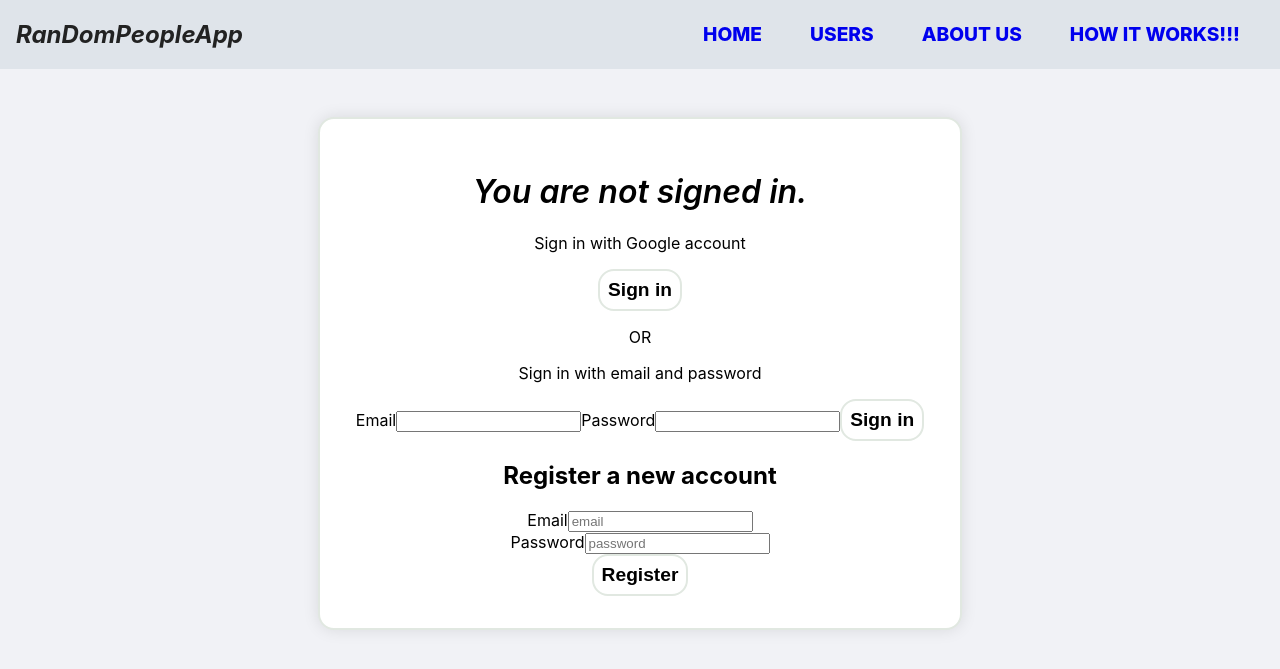
Repository: MikkyPrestige/RandomProfiles
Page: /profile
These files come from the project's save history. The page is drawn as it stood at one moment and after the next save; the edit follows.
The browser window is 1280 px wide. The pictures show the whole page.
The page's requests for data from a server got no answer. The project was rebuilt for these pictures with package versions that can differ from the ones it lists, and the page was loaded fresh each time. Some packages were replaced by stand-ins written for this rebuild. No one was signed in, and anything a server would have sent is missing. Also part of the build but not shown: src/assets/styles/home.css, src/components/avatar.jsx, src/components/home.jsx, src/assets/styles/users.css, src/components/users.jsx, src/assets/styles/search.css, src/components/search.jsx, src/assets/styles/help.css and 6 more.

Above is the page before, as saved 2022-11-30 03:04:19.

### public/index.html
<!DOCTYPE html>
<html lang="en">

<head>
  <meta charset="utf-8" />
  <link rel="icon" href="%PUBLIC_URL%/favicon.ico" />
  <meta name="viewport" content="width=device-width, initial-scale=1" />
  <meta name="theme-color" content="#000000" />
  <meta name="description" content="Web site created using create-react-app" />
  <link rel="apple-touch-icon" href="%PUBLIC_URL%/logo192.png" />
  <!--
      manifest.json provides metadata used when your web app is installed on a
      user's mobile device or desktop. See https://developers.google.com/web/fundamentals/web-app-manifest/
    -->
  <link rel="manifest" href="%PUBLIC_URL%/manifest.json" />
  <!--
      Notice the use of %PUBLIC_URL% in the tags above.
      It will be replaced with the URL of the `public` folder during the build.
      Only files inside the `public` folder can be referenced from the HTML.

      Unlike "/favicon.ico" or "favicon.ico", "%PUBLIC_URL%/favicon.ico" will
      work correctly both with client-side routing and a non-root public URL.
      Learn how to configure a non-root public URL by running `npm run build`.
    -->
  <title>AltSchool Assignment 2</title>
</head>

<body>
  <noscript>You need to enable JavaScript to run this app.</noscript>
  <div id="root"></div>
  <!--
      This HTML file is a template.
      If you open it directly in the browser, you will see an empty page.

      You can add webfonts, meta tags, or analytics to this file.
      The build step will place the bundled scripts into the <body> tag.

      To begin the development, run `npm start` or `yarn start`.
      To create a production bundle, use `npm run build` or `yarn build`.
    -->
</body>

</html>

### src/index.css
body {
  margin: 0;
  font-family: -apple-system, BlinkMacSystemFont, 'Segoe UI', 'Roboto', 'Oxygen',
    'Ubuntu', 'Cantarell', 'Fira Sans', 'Droid Sans', 'Helvetica Neue',
    sans-serif;
  -webkit-font-smoothing: antialiased;
  -moz-osx-font-smoothing: grayscale;
  background-color: #f1f2f6;
}

code {
  font-family: source-code-pro, Menlo, Monaco, Consolas, 'Courier New',
    monospace;
}

### src/App.jsx
import * as React from "react";
import { ErrorBoundary } from "react-error-boundary";
import { Route, Routes } from "react-router-dom";
import {
  Layout,
  Home,
  Users,
  Search,
  Help,
  About,
  Error,
  ErrorFallBack,
  Profile,
  // Footer,
} from "./components";

const App = () => {
  return (
    <div className="App">
      <main>
        <ErrorBoundary FallbackComponent={ErrorFallBack}>
          <Layout />
          <Routes>
            <Route path="/" element={<Home />} />
            <Route path="users">
              <Route index element={<Users />} />
              <Route path=":id" element={<Search />} />
            </Route>
            <Route path="profile" element={<Profile />} />
            <Route path="help" element={<Help />} />
            <Route path="about" element={<About />} />
            <Route path="*" element={<Error />} />
          </Routes>
        </ErrorBoundary>
        {/* <Footer /> */}
      </main>
    </div>
  );
};

export default App;

### src/components/index.js
export { default as Layout } from "./layout";
export { default as Home } from "./home";
export { default as Users } from "./users";
export { default as Search } from "./search";
export { default as Help } from "./help";
export { default as About } from "./about";
export { default as Error } from "./error";
export { default as ErrorFallBack } from "./errorFallback";
export { default as Profile } from "./profile";
export { Footer } from "./avatar";

### src/components/layout.jsx
// LAYOUT COMPONENT - This component is for the App Layout that displays the Navigation bar in the app UI to the user when app is open

import { NavLink } from "react-router-dom";
import "../assets/styles/layout.css";

const CustomNavLink = ({ to, ...props }) => {
  let activeStyle = {
    textDecoration: 'underline',
    color: 'red',
  };

  return (
    <NavLink
      style={({ isActive }) =>
        isActive ? activeStyle : { textDecoration: 'none' }
      }
      to={to}
      end
      {...props}
    />
  );
};


const Layout = () => {

  return (
    <nav className="layout">
      <div className="app-header">
        <h1>RanDomPeopleApp</h1>
      </div>
      <div className="nav__items">
        <CustomNavLink to="/" className="nav__item">Home</CustomNavLink>
        <CustomNavLink to="users" className="nav__item">Users</CustomNavLink>
        <CustomNavLink to="about" className="nav__item">About us</CustomNavLink>
        <CustomNavLink to="help" className="nav__item">How it works!!!</CustomNavLink>
      </div>
    </nav>
  );
}

export default Layout;

### src/components/profile.jsx
import {
  signInWithRedirect,
  auth,
  provider,
  getRedirectResult,
  onAuthStateChanged,
  createUserWithEmailAndPassword,
  signInWithEmailAndPassword,
  signOut,
  deleteUser,
} from "../config";
import { useEffect, useState } from "react";
import { Avatar } from "./avatar";
import "../assets/styles/profile.css";

const Profile = () => {
  const [user, setUser] = useState(null);
  const [signedIn, setSignedIn] = useState(false);
  const [email, setEmail] = useState("");
  const [password, setPassword] = useState("");
  const [error, setError] = useState(null);

  // handle register form
  const handleRegister = (e) => {
    e.preventDefault();
    createUserWithEmailAndPassword(auth, email, password)
      .then(() => {
        // Signed in
        console.log("User account created & signed in!");
      })
      .catch((error) => {
        if (error.code === "auth/email-already-in-use") {
          setError("This email address is already in use!");
        }
        if (error.code === "auth/invalid-email") {
          setError("This email address is invalid!");
        }
        console.error(error);
      });
  };

  // sign in with email and password
  const handleSignIn = (e) => {
    e.preventDefault();
    signInWithEmailAndPassword(auth, email, password)
      .then(() => {
        console.log("User signed in!");
      })
      .catch((error) => {
        if (error.code === "auth/wrong-password") {
          setError("Wrong password!");
        }
        if (error.code === "auth/user-not-found") {
          setError("User not found!");
        }
        console.error(error);
      });
  };

  // handle onchange
  const handleChange = (e) => {
    const { name, value } = e.target;
    if (name === "email") {
      setEmail(value);
    }
    if (name === "password") {
      setPassword(value);
    }
  };

  // handle sign In
  const signIn = (e) => {
    e.preventDefault();
    signInWithRedirect(auth, provider);
  };

  // handle sign out
  const handleSignOut = (e) => {
    e.preventDefault();
    signOut(auth)
      .then(() => {
        console.log("User signed out!");
      })
      .catch((error) => {
        console.error(error);
      });
  };

  // handle delete user
  const handleDelete = (e) => {
    e.preventDefault();
    deleteUser(auth.currentUser)
      .then(() => {
        console.log("User deleted!");
      })
      .catch((error) => {
        console.error(error);
      });
  };

  // Get redirect result
  useEffect(() => {
    getRedirectResult(auth)
      .then((result) => {
        if (result) {
          setSignedIn(true);
          // navigate("/users");
        } else {
          // console.log("No user");
        }
      })
      .catch((error) => {
        console.log(error);
      });
  }, []);

  // Check auth state
  useEffect(() => {
    onAuthStateChanged(auth, (user) => {
      if (user) {
        // destructure user
        const { displayName, photoURL, email, phoneNumber } = user;
        // set user state
        setUser({ displayName, photoURL, email, phoneNumber });
        // navigate("/users");
      } else {
        setUser(null);
      }
    });
  }, []);

  return (
    <div className="profile">
      <div className="profile__container">
        <div className="profile__desc">
          {user ? (
            <div className="profile__user">
              <h1 className="profile__title">Welcome, you are signed in.</h1>
              <Avatar image={user.photoURL} alt="user" style={{ width: '10rem', height: '10rem', borderRadius: '50%' }} />
              <p className="profile__detail"><strong>Signed in account name: </strong>{user.displayName}</p>
              <p className="profile__detail"><strong>Signed in email: </strong>{user.email}</p>
              <p className="profile__detail">{user.phoneNumber}</p>
              <div className="btn__wrapper">
                <button onClick={handleSignOut} className="sign__btn">
                  Sign Out
                </button>
                <button onClick={handleDelete} className="sign__btn">
                  Delete Account
                </button>
              </div>
            </div>
          ) : (
            <div className="profile__user">
              <div className="profile__form">
                <h1 className="profile__title">You are not signed in.</h1>
                <p className="profile__head">Sign in with Google account</p>
                <button onClick={signIn} className="sign__btn">
                  Sign in
                </button>
                <p className="or">OR</p>
                <p className="profile__head">Sign in with email and password</p>
                <form onSubmit={handleSignIn} className="profile__form">
                  <label htmlFor="email">Email</label>
                  <input
                    type="email"
                    name="email"
                    id="email"
                    value={email}
                    onChange={handleChange}
                  />
                  <label htmlFor="password">Password</label>
                  <input
                    type="password"
                    name="password"
                    id="password"
                    value={password}
                    onChange={handleChange}
                  />
                  {error && <p className="error">{error}</p>}
                  <button type="submit" className="sign__btn">
                    Sign in
                  </button>
                </form>
              </div>
              <h2 className="register">Register a new account </h2>
              <form onSubmit={handleRegister} className="register__form">
                <div className="register__group">
                  <label htmlFor="email" className="register__label">
                    Email
                  </label>
                  <input
                    type="email"
                    name="email"
                    placeholder="email"
                    value={email}
                    onChange={handleChange}
                    className="register__input"
                  />
                  {error && <p className="error">{error}</p>}
                </div>
                <div className="profile__group">
                  <label htmlFor="password" className="register__label">
                    Password
                  </label>
                  <input
                    type="password"
                    name="password"
                    placeholder="password"
                    value={password}
                    onChange={handleChange}
                    className="register__input"
                  />
                </div>
                <button type="submit" className="sign__btn">
                  Register
                </button>
              </form>
            </div>
          )}
        </div>
      </div>
    </div>
  );
};

export default Profile;

### src/assets/styles/layout.css
.layout {
  background-color: #dfe4ea;
  padding: 0rem 1rem;
  color: #222;
  display: flex;
  align-items: center;
  justify-content: space-between;
}

.app-header {
  font-style: italic;
}

.nav__items {
  display: flex;
  align-items: center;
  list-style: none;
  flex-wrap: wrap;
}

.nav__item {
  font-size: 1.2rem;
  font-weight: 800;
  padding: 1rem 1.5rem;
  text-transform: uppercase;
}

.attribution {
  text-align: center;
}

.footer {
  color: #222;
  text-decoration: none;
  cursor: pointer;
  font-style: italic;
  font-weight: 600;
}

### src/config/index.js
// Import the functions you need from the SDKs you need
import { initializeApp } from "firebase/app";
import {
  getAuth,
  signInWithRedirect,
  GoogleAuthProvider,
  getRedirectResult,
  onAuthStateChanged,
  createUserWithEmailAndPassword,
  signInWithEmailAndPassword,
  signOut,
  deleteUser
} from "firebase/auth";

// web app's Firebase configuration
const firebaseConfig = {
  apiKey: "AIzaSyCfrfw6chi091bWLqJvanxAUTxgJ5XqEu0",
  authDomain: "random-people-app.firebaseapp.com",
  projectId: "random-people-app",
  storageBucket: "random-people-app.appspot.com",
  messagingSenderId: "1097586453252",
  appId: "1:1097586453252:web:4575afe7663a752ae77e51",
};

// Initialize Firebase
const app = initializeApp(firebaseConfig);
// Setup Google auth provider
const provider = new GoogleAuthProvider();

const auth = getAuth();

export {
  app,
  provider,
  auth,
  signInWithRedirect,
  getRedirectResult,
  onAuthStateChanged,
  createUserWithEmailAndPassword,
  signInWithEmailAndPassword,
  signOut,
  deleteUser
};

### src/assets/styles/profile.css
.profile {

  padding: 2rem;
  height: 100%;
}

.profile__container {
  display: flex;
  flex-direction: column;
  align-items: center;
  justify-content: center;
  height: 100%;
}

.profile__desc {
  margin-top: 1rem;
  text-align: center;
}

.profile__user {
  background-color: #fff;
  border: 2px solid #e1e8e1;
  border-radius: 1rem;
  box-shadow: 0 0 1rem rgba(0, 0, 0, 0.1);
  padding: 2rem 0;
  height: 100%;
  width: 40rem;
}

.profile__title {
  font-size: 2rem;
  font-weight: 600;
  font-style: oblique;
}

.profile__detail {
  margin-top: 1rem;
  font-size: 1.2rem;
  font-weight: 400;
}

.btn__wrapper {
  margin-top: 2rem;
}

.sign__btn {
  background-color: #fff;
  border: 2px solid #e1e8e1;
  border-radius: 1rem;
  padding: .5rem;
  font-size: 1.2rem;
  font-weight: 600;
  cursor: pointer;
}

Loaded but not shown: src/index.js (common file)

After the next save:
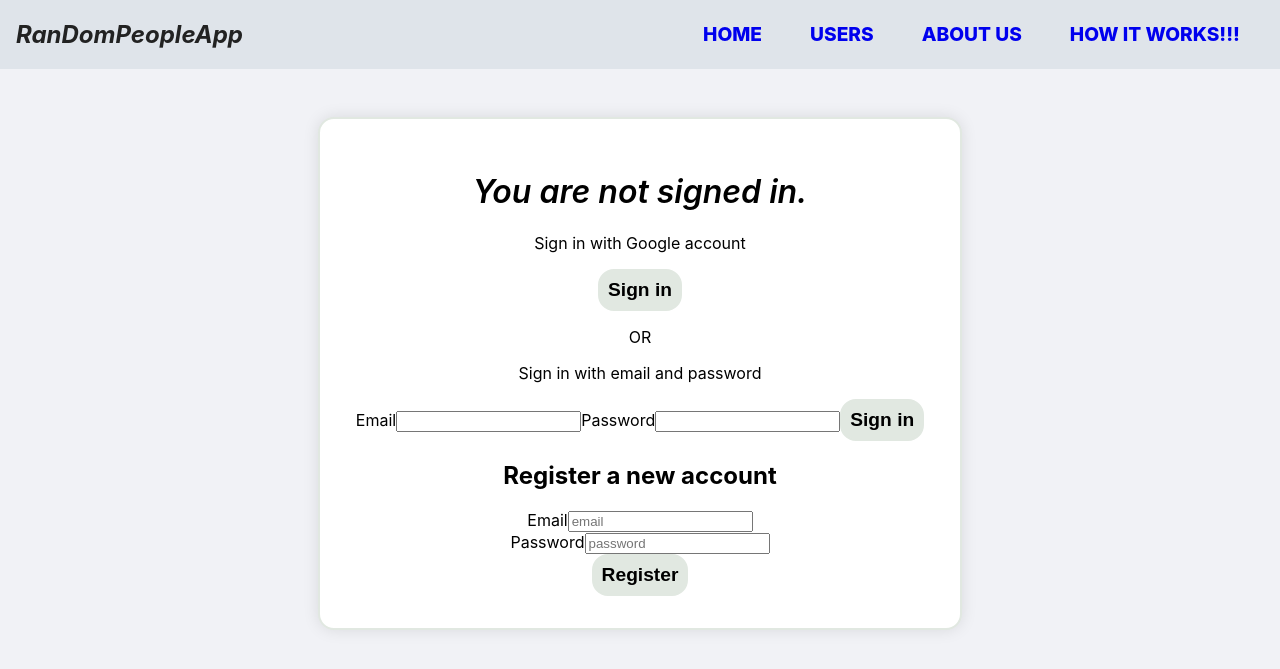
Saved 27 s later.
--- a/src/assets/styles/profile.css
+++ b/src/assets/styles/profile.css
@@ -44,7 +44,7 @@
 }
 
 .sign__btn {
-  background-color: #fff;
+  background-color: #e1e8e1;
   border: 2px solid #e1e8e1;
   border-radius: 1rem;
   padding: .5rem;
